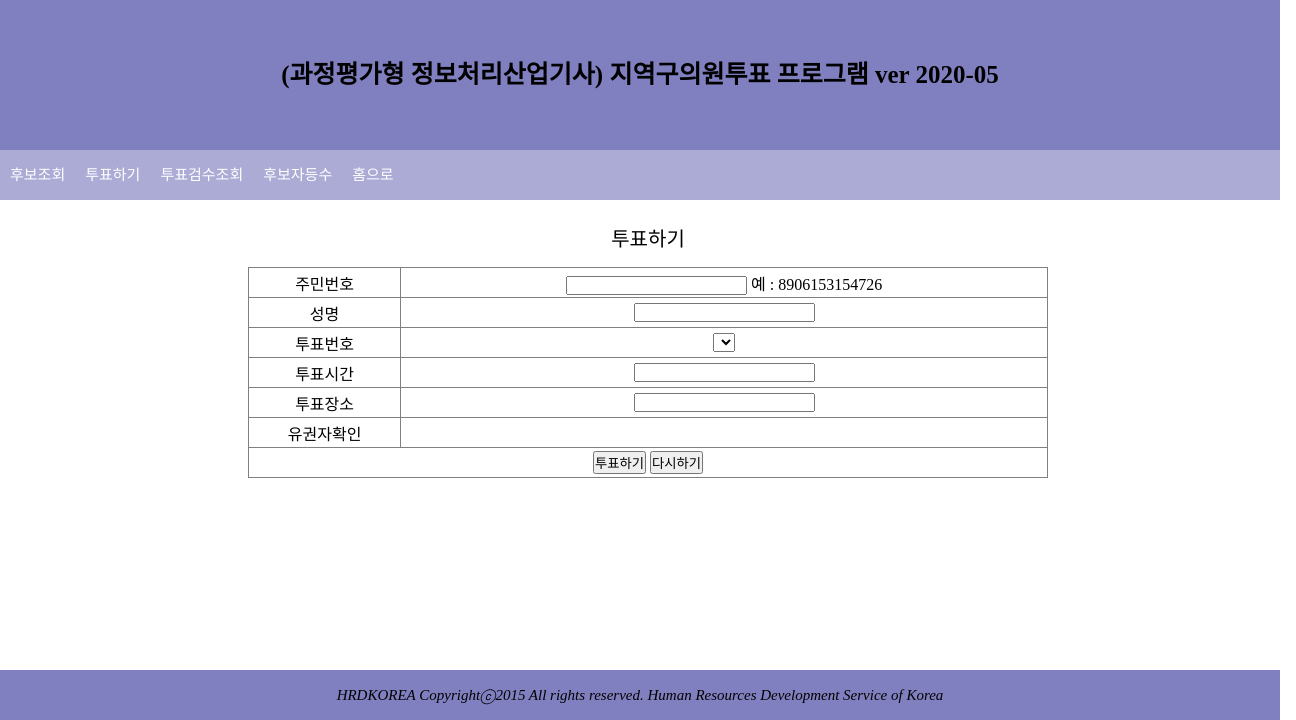
Repository: eunbiro/HRD_1236
Page: http://localhost/HRD_1235/add.jsp
These files come from the project's save history. The page is drawn as it stood at one moment and after the next save; the edit follows.
The browser window is 1280 px wide. The page is 1296 px wide, so the pictures cover 1296 px, including what lies to the right of the window. The pictures show the whole page.
The page is served by Tomcat 9.

Above is the page before, as saved 2022-12-22 01:36:58.

After the next save:
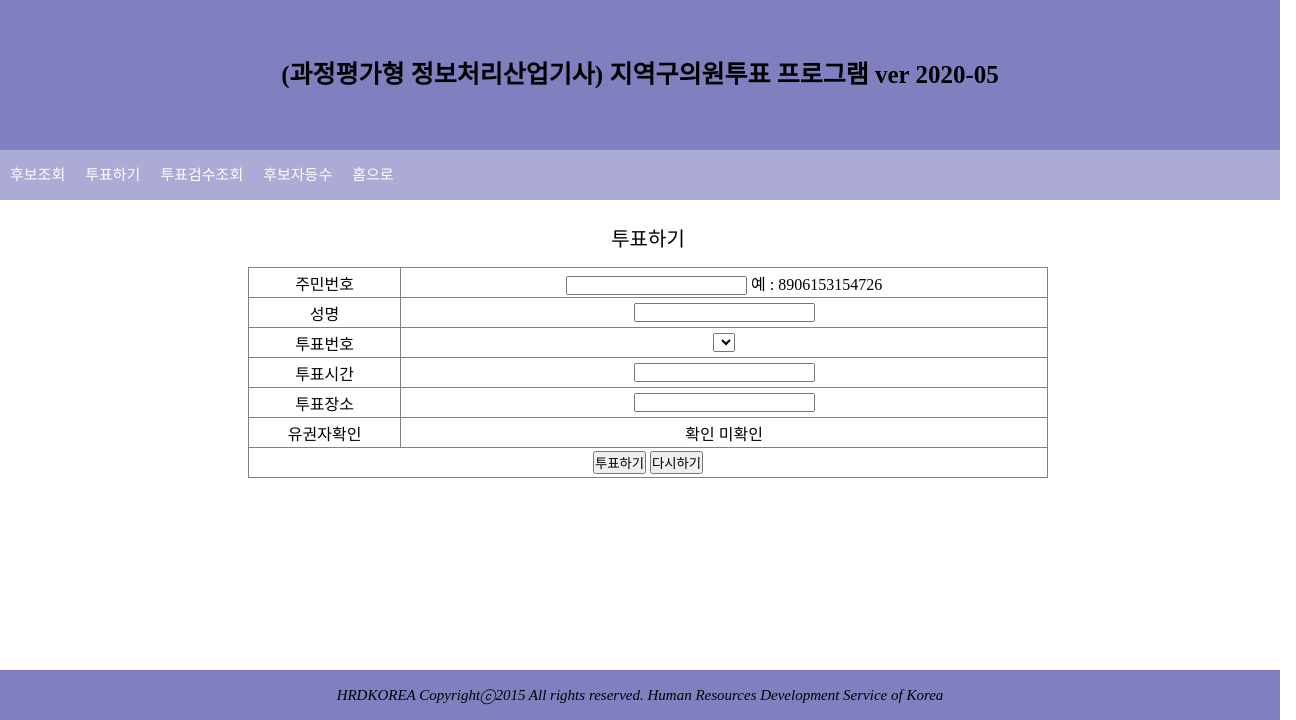
Saved 78 s later.
--- a/HRD_1235/src/main/webapp/add.jsp
+++ b/HRD_1235/src/main/webapp/add.jsp
@@ -41,7 +41,8 @@
 				<tr>
 					<td>유권자확인</td>
 					<td>
-
+						<radio>확인</radio>
+						<radio>미확인</radio>
 					</td>
 				</tr>
 				<tr>
